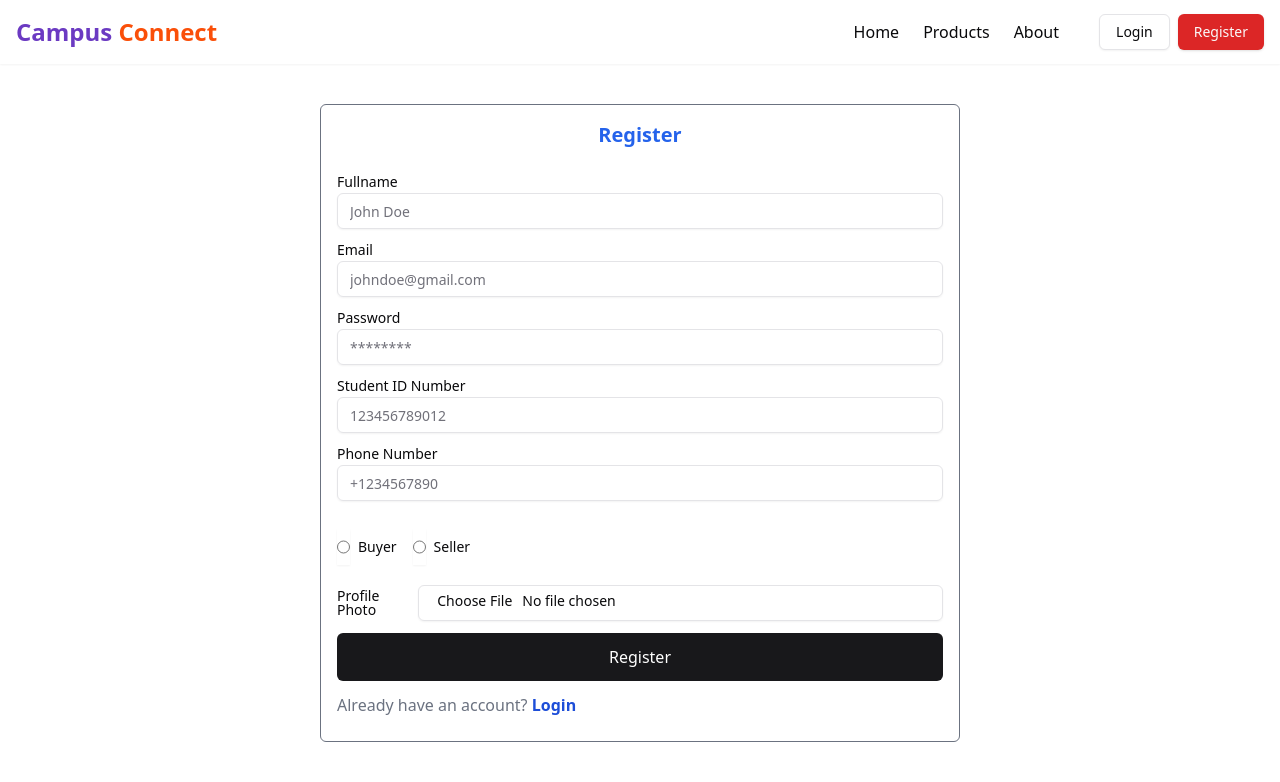
Repository: DashaaFX/Campus-Connect-CSC482
Page: /register (app in frontend-recovery/)
These files come from the project's save history. The page is drawn as it stood at one moment and after the next save; the edit follows.
The browser window is 1280 px wide. The pictures show the whole page.
The project was rebuilt for these pictures with package versions that can differ from the ones it lists, and the page was loaded fresh each time. Also part of the build but not shown: frontend-recovery/vite.config.js, frontend-recovery/src/components/ui/popover.jsx, frontend-recovery/src/components/ui/avatar.jsx, frontend-recovery/src/components/authentication/Login.jsx, frontend-recovery/src/components/components_lite/Header.jsx, frontend-recovery/src/components/components_lite/Footer.jsx, frontend-recovery/src/components/components_lite/LatestProducts.jsx, frontend-recovery/src/components/components_lite/Home.jsx and 17 more.

Above is the page before, as saved 2025-04-30 17:28:04.

### frontend-recovery/index.html
<!doctype html>
<html lang="en">
  <head>
    <meta charset="UTF-8" />
    <link rel="icon" href="/sunfire sensei logo.png" />
    <meta name="viewport" content="width=device-width, initial-scale=1.0" />
    <title>Campus Connect</title>
  </head>
  <body>
    <div id="root"></div>
    <script type="module" src="/src/main.jsx"></script>
  </body>
</html>

### frontend-recovery/src/main.jsx
import { StrictMode } from "react";
import { createRoot } from "react-dom/client";
import "./index.css";
import App from "./App.jsx";
import { Toaster } from "./components/ui/sonner";
import { Provider } from "react-redux";
import { persistStore } from "redux-persist";

import store from "./redux/store";
import { PersistGate } from "redux-persist/integration/react";

const persistor = persistStore(store);

createRoot(document.getElementById("root")).render(
  <StrictMode>
    <Provider store={store}>
      <PersistGate loading={null} persistor={persistor}>
        <App />
        <Toaster />
      </PersistGate>
    </Provider>
  </StrictMode>
);

### frontend-recovery/src/index.css
@tailwind base;
@tailwind components;
@tailwind utilities;

/* ... */

@layer base {
  :root {

    --background: 0 0% 100%;

    --foreground: 240 10% 3.9%;

    --card: 0 0% 100%;

    --card-foreground: 240 10% 3.9%;

    --popover: 0 0% 100%;

    --popover-foreground: 240 10% 3.9%;

    --primary: 240 5.9% 10%;

    --primary-foreground: 0 0% 98%;

    --secondary: 240 4.8% 95.9%;

    --secondary-foreground: 240 5.9% 10%;

    --muted: 240 4.8% 95.9%;

    --muted-foreground: 240 3.8% 46.1%;

    --accent: 240 4.8% 95.9%;

    --accent-foreground: 240 5.9% 10%;

    --destructive: 0 84.2% 60.2%;

    --destructive-foreground: 0 0% 98%;

    --border: 240 5.9% 90%;

    --input: 240 5.9% 90%;

    --ring: 240 10% 3.9%;

    --chart-1: 12 76% 61%;

    --chart-2: 173 58% 39%;

    --chart-3: 197 37% 24%;

    --chart-4: 43 74% 66%;

    --chart-5: 27 87% 67%;

    --radius: 0.5rem
  }
  .dark {

    --background: 240 10% 3.9%;

    --foreground: 0 0% 98%;

    --card: 240 10% 3.9%;

    --card-foreground: 0 0% 98%;

    --popover: 240 10% 3.9%;

    --popover-foreground: 0 0% 98%;

    --primary: 0 0% 98%;

    --primary-foreground: 240 5.9% 10%;

    --secondary: 240 3.7% 15.9%;

    --secondary-foreground: 0 0% 98%;

    --muted: 240 3.7% 15.9%;

    --muted-foreground: 240 5% 64.9%;

    --accent: 240 3.7% 15.9%;

    --accent-foreground: 0 0% 98%;

    --destructive: 0 62.8% 30.6%;

    --destructive-foreground: 0 0% 98%;

    --border: 240 3.7% 15.9%;

    --input: 240 3.7% 15.9%;

    --ring: 240 4.9% 83.9%;

    --chart-1: 220 70% 50%;

    --chart-2: 160 60% 45%;

    --chart-3: 30 80% 55%;

    --chart-4: 280 65% 60%;

    --chart-5: 340 75% 55%
  }
}

@layer base {
  * {
    @apply border-border;
  }
  body {
    @apply bg-background text-foreground;
  }
}

@keyframes collapsible-down {
  from {
    height: 0;
    opacity: 0;
  }
  to {
    height: var(--radix-collapsible-content-height);
    opacity: 1;
  }
}

@keyframes collapsible-up {
  from {
    height: var(--radix-collapsible-content-height);
    opacity: 1;
  }
  to {
    height: 0;
    opacity: 0;
  }
}

### frontend-recovery/src/App.jsx
import React from "react";
import Navbar from "./components/components_lite/Navbar";
import Login from "./components/authentication/Login";
import Register from "./components/authentication/Register";
import { createBrowserRouter, RouterProvider } from "react-router-dom";
import Home from "./components/components_lite/Home";
import PrivacyPolicy from "./components/components_lite/PrivacyPolicy.jsx";
import TermsofService from "./components/components_lite/TermsofService.jsx";
import Profile from "./components/components_lite/Profile.jsx";
import ProtectedRoute from "./components/admincomponent/ProtectedRoute";
import Creator from "./components/creator/Creator.jsx";
import PostProduct from "./components/admincomponent/PostProduct";
import EditProductForm from "./components/admincomponent/EditProductForm";
import AdminProducts from "./pages/AdminProducts"; // Import the new component
import Products from './components/components_lite/Products';

const appRouter = createBrowserRouter([
  { path: "/", element: <Home /> },
  { path: '/products/:id', element: <Products /> },
  {
    path: "/login",
    element: <Login />,
  },
  {
    path: "/register",
    element: <Register />,
  },
  {
    path: "/profile",
    element: <Profile />,
  },
  {
    path: "/privacy-policy",
    element: <PrivacyPolicy />,
  },
  {
    path: "/terms-of-service",
    element: <TermsofService />,
  },
  {
    path: "/home",
    element: <Home />,
  },
  {
    path: "/creator",
    element: <Creator />
  },
  {
    path: "/admin",
    children: [
      {
        path: "products",
        element: (

            <AdminProducts />

        ),
      },
      {
        path: "products/create",
        element: (

            <PostProduct />

        ),
      },
      {
        path: "products/:id",
        element: (

            <EditProductForm />

        ),
      },
    ],
  },
]);

function App() {
  return (
    <div>

      <RouterProvider router={appRouter} />
    </div>
  );
}

export default App;

### frontend-recovery/src/components/ui/sonner.jsx
import { useTheme } from "next-themes"
import { Toaster as Sonner } from "sonner"

const Toaster = ({
  ...props
}) => {
  const { theme = "system" } = useTheme()

  return (
    (<Sonner
      theme={theme}
      className="toaster group"
      toastOptions={{
        classNames: {
          toast:
            "group toast group-[.toaster]:bg-background group-[.toaster]:text-foreground group-[.toaster]:border-border group-[.toaster]:shadow-lg",
          description: "group-[.toast]:text-muted-foreground",
          actionButton:
            "group-[.toast]:bg-primary group-[.toast]:text-primary-foreground",
          cancelButton:
            "group-[.toast]:bg-muted group-[.toast]:text-muted-foreground",
        },
      }}
      {...props} />)
  );
}

export { Toaster }

### frontend-recovery/src/redux/store.js
import { combineReducers, configureStore } from "@reduxjs/toolkit";
import authReducer from "./authSlice";
import productReducer from "./productSlice";
import {
  persistReducer,
  FLUSH,
  REHYDRATE,
  PAUSE,
  PERSIST,
  PURGE,
  REGISTER,
} from "redux-persist";
import storage from "redux-persist/lib/storage";
import cartReducer from "./cartSlice";

// Only persist auth state
const authPersistConfig = {
  key: 'auth',
  storage,
  whitelist: ['user', 'token']
};

const rootReducer = combineReducers({
  auth: persistReducer(authPersistConfig, authReducer),
  products: productReducer, // Not persisted
  cart: cartReducer, // ← Add this
});

const store = configureStore({
  reducer: rootReducer,
  middleware: (getDefaultMiddleware) =>
    getDefaultMiddleware({
      serializableCheck: {
        ignoredActions: [FLUSH, REHYDRATE, PAUSE, PERSIST, PURGE, REGISTER],
        ignoredPaths: ['products.product', 'products.products'],
      },
    }),
  devTools: process.env.NODE_ENV !== 'production',
});

export default store;

### frontend-recovery/src/components/components_lite/Navbar.jsx
  import React from "react";
  import { Link, useNavigate } from "react-router-dom";
  import { Popover, PopoverContent, PopoverTrigger } from "../ui/popover";
  import { Avatar, AvatarImage } from "../ui/avatar";
  import { Button } from "../ui/button";
  import { LogOut, User2 } from "lucide-react";
  import { useDispatch, useSelector } from "react-redux";
  import { toast } from "sonner";
  import axios from "axios";
  import { setUser } from "@/redux/authSlice";
  import { USER_API_ENDPOINT } from "@/utils/data";

  const Navbar = () => {
    const { user } = useSelector((store) => store.auth);
    const dispatch = useDispatch();
    const navigate = useNavigate();

    const logoutHandler = async () => {
      try {
        const res = await axios.post(`${USER_API_ENDPOINT}/logout`, {
          withCredentials: true,
        });
        if (res && res.data && res.data.success) {
          dispatch(setUser(null));
          navigate("/");
          toast.success(res.data.message);
        } else {
          console.error("Error logging out:", res.data);
        }
      } catch (error) {
        console.error("Axios error:", error);
        if (error.response) {
          console.error("Error response:", error.response.data);
        }
        toast.error("Error logging out. Please try again.");
      }
    };

    return (
      <div className="bg-white sticky top-0 z-50 shadow-sm">
        <div className="flex items-center justify-between mx-auto max-w-7xl h-16 px-4">
          <div>
            <Link to="/" className="cursor-pointer">
            <h1 className="text-2xl font-bold">
              <span className="text-[#6B3AC2]">Campus</span>{" "}
              <span className="text-[#FA4F09]">Connect</span>
            </h1>
            </Link>
          </div>
          <div className="flex items-center gap-10">
            <ul className="flex font-medium items-center gap-6">
              <li>
                <Link to={"/Home"}>Home</Link>
              </li>
              <li>
                <Link to={"/admin/products"}>Products</Link>
              </li>
              <li>
                <Link to={"/Creator"}>About</Link>
              </li>
            </ul>
            {!user ? (
              <div className="flex items-center gap-2">
                <Link to={"/login"}>
                  <Button variant="outline">Login</Button>
                </Link>
                <Link to={"/register"}>
                  <Button className="bg-red-600 hover:bg-red-700">
                    Register
                  </Button>
                </Link>
              </div>
            ) : (
              <Popover>
                <PopoverTrigger asChild>
                  <Avatar className="cursor-pointer">
                    <AvatarImage
                      src={user?.profile?.profilePhoto}
                      alt="@shadcn"
                    />
                  </Avatar>
                </PopoverTrigger>
                <PopoverContent className="w-80">
                  <div className="flex items-center gap-4 space-y-2">
                    <Avatar className="cursor-pointer">
                      <AvatarImage
                        src={user?.profile?.profilePhoto}
                        alt="@shadcn"
                      />
                    </Avatar>
                    <div>
                      <h3 className="font-medium">{user?.fullname}</h3>
                      <p className="text-sm text-muted-foreground">
                        {user?.profile?.bio}
                      </p>
                    </div>
                  </div>

                  <div className="flex flex-col my-2 text-gray-600">
                    <div className="flex w-fit items-center gap-2 cursor-pointer">
                      <User2></User2>
                      <Button variant="link">
                        <Link to={"/Profile"}>Profile</Link>
                      </Button>
                    </div>

                    <div className="flex w-fit items-center gap-2 cursor-pointer">
                      <LogOut></LogOut>
                      <Button onClick={logoutHandler} variant="link">
                        Logout
                      </Button>
                    </div>
                  </div>
                </PopoverContent>
              </Popover>
            )}
          </div>
        </div>
      </div>
    );
  };

  export default Navbar;

### frontend-recovery/src/components/authentication/Register.jsx
import React, { useEffect, useState } from "react";
import Navbar from "../components_lite/Navbar";
import { Label } from "../ui/label";
import { Input } from "../ui/input";
import { RadioGroup } from "../ui/radio-group";
import { Link, useNavigate } from "react-router-dom";
import axios from "axios";
import { USER_API_ENDPOINT } from "@/utils/data";
import { toast } from "sonner";
import { useDispatch, useSelector } from "react-redux";
import { setLoading } from "@/redux/authSlice";

const Register = () => {
  const [input, setInput] = useState({
    fullname: "",
    email: "",
    password: "",
    role: "",
    phoneNumber: "",
    idnum: "",
    file: "",
  });

  const navigate = useNavigate();

  const dispatch = useDispatch();

  const { loading } = useSelector((store) => store.auth);
  const changeEventHandler = (e) => {
    setInput({ ...input, [e.target.name]: e.target.value });
  };
  const ChangeFilehandler = (e) => {
    setInput({ ...input, file: e.target.files?.[0] });
  };

  const submitHandler = async (e) => {
    e.preventDefault();
    const formData = new FormData();
    formData.append("fullname", input.fullname);
    formData.append("email", input.email);
    formData.append("password", input.password);
    formData.append("idnum", input.idnum);
    formData.append("role", input.role);
    formData.append("phoneNumber", input.phoneNumber);
    if (input.file) {
      formData.append("file", input.file);
    }
    try {
      dispatch(setLoading(true));
      const res = await axios.post(`${USER_API_ENDPOINT}/register`, formData, {
        headers: { "Content-Type": "multipart/form-data" },
        withCredentials: true,
      });
      if (res.data.success) {
        navigate("/login");
        toast.success(res.data.message);
      }
    } catch (error) {
      console.log(error);
      const errorMessage = error.response
        ? error.response.data.message
        : "An unexpected error occurred.";
      toast.error(errorMessage);
    } finally {
      dispatch(setLoading(false));
    }
  };

  const { user } = useSelector((store) => store.auth);
  useEffect(() => {
    if (user) {
      navigate("/");
    }
  }, []);
  return (
    <div>
      <Navbar></Navbar>
      <div className="flex items-center justify-center max-w-7xl mx-auto">
        <form
          onSubmit={submitHandler}
          className="w-1/2 border border-gray-500 rounded-md p-4 my-10"
        >
          <h1 className="font-bold text-xl mb-5 text-center text-blue-600">
            Register
          </h1>
          <div className="my-2">
            <Label>Fullname</Label>
            <Input
              type="text"
              value={input.fullname}
              name="fullname"
              onChange={changeEventHandler}
              placeholder="John Doe"
            ></Input>
          </div>
          <div className="my-2">
            <Label>Email</Label>
            <Input
              type="email"
              value={input.email}
              name="email"
              onChange={changeEventHandler}
              placeholder="johndoe@gmail.com"
            ></Input>
          </div>
          <div className="my-2">
            <Label>Password</Label>
            <Input
              type="password"
              value={input.password}
              name="password"
              onChange={changeEventHandler}
              placeholder="********"
            ></Input>
          </div>

          <div>
            <Label>Student ID Number</Label>
            <Input
              type="text"
              value={input.idnum}
              name="idnum"
              onChange={changeEventHandler}
              placeholder="123456789012"
            ></Input>
          </div>
          <div className="my-2">
            <Label>Phone Number</Label>
            <Input
              type="tel"
              value={input.phoneNumber}
              name="phoneNumber"
              onChange={changeEventHandler}
              placeholder="+1234567890"
            ></Input>
          </div>
          <div className="flex items-center justify-between">
            <RadioGroup className="flex items-center gap-4 my-5 ">
              <div className="flex items-center space-x-2">
                <Input
                  type="radio"
                  name="role"
                  value="Buyer"
                  checked={input.role === "Buyer"}
                  onChange={changeEventHandler}
                  className="cursor-pointer"
                />
                <Label htmlFor="r1">Buyer</Label>
              </div>
              <div className="flex items-center space-x-2">
                <Input
                  type="radio"
                  name="role"
                  value="Seller"
                  checked={input.role === "Seller"}
                  onChange={changeEventHandler}
                  className="cursor-pointer"
                />
                <Label htmlFor="r2">Seller</Label>
              </div>
            </RadioGroup>
          </div>
          <div className="flex items-center gap-2">
            <Label>Profile Photo</Label>
            <Input
              type="file"
              accept="image/*"
              onChange={ChangeFilehandler}
              className="cursor-pointer"
            />
          </div>
          {loading ? (
            <div className="flex items-center justify-center my-10">
              <div className="spinner-border text-blue-600" role="status">
                <span className="sr-only">Loading...</span>
              </div>
            </div>
          ) : (
            <button
              type="submit"
              className="block w-full py-3 my-3 text-white bg-primary hover:bg-primary/90 rounded-md"
            >
              Register
            </button>
          )}

          <p className="text-gray-500 text-md my-2">
            Already have an account?{" "}
            <Link to="/login" className="text-blue-700 font-semibold">
              Login
            </Link>
          </p>
        </form>
      </div>
    </div>
  );
};

export default Register;

### frontend-recovery/src/components/ui/button.jsx
import * as React from "react"
import { Slot } from "@radix-ui/react-slot"
import { cva } from "class-variance-authority";

import { cn } from "@/lib/utils"

const buttonVariants = cva(
  "inline-flex items-center justify-center gap-2 whitespace-nowrap rounded-md text-sm font-medium transition-colors focus-visible:outline-none focus-visible:ring-1 focus-visible:ring-ring disabled:pointer-events-none disabled:opacity-50 [&_svg]:pointer-events-none [&_svg]:size-4 [&_svg]:shrink-0",
  {
    variants: {
      variant: {
        default:
          "bg-primary text-primary-foreground shadow hover:bg-primary/90",
        destructive:
          "bg-destructive text-destructive-foreground shadow-sm hover:bg-destructive/90",
        outline:
          "border border-input bg-background shadow-sm hover:bg-accent hover:text-accent-foreground",
        secondary:
          "bg-secondary text-secondary-foreground shadow-sm hover:bg-secondary/80",
        ghost: "hover:bg-accent hover:text-accent-foreground",
        link: "text-primary underline-offset-4 hover:underline",
      },
      size: {
        default: "h-9 px-4 py-2",
        sm: "h-8 rounded-md px-3 text-xs",
        lg: "h-10 rounded-md px-8",
        icon: "h-9 w-9",
      },
    },
    defaultVariants: {
      variant: "default",
      size: "default",
    },
  }
)

const Button = React.forwardRef(({ className, variant, size, asChild = false, ...props }, ref) => {
  const Comp = asChild ? Slot : "button"
  return (
    (<Comp
      className={cn(buttonVariants({ variant, size, className }))}
      ref={ref}
      {...props} />)
  );
})
Button.displayName = "Button"

export { Button, buttonVariants }

### frontend-recovery/src/utils/data.js
export const USER_API_ENDPOINT = "http://localhost:5011/api/user";
export const JOB_API_ENDPOINT = "http://localhost:5011/api/job";
export const APPLICATION_API_ENDPOINT = "http://localhost:5011/api/application";
export const COMPANY_API_ENDPOINT = "http://localhost:5011/api/company";
export const PRODUCT_API_ENDPOINT = "http://localhost:5011/api/products";
export const CATEGORY_API_ENDPOINT = "http://localhost:5011/api/categories";
export const CART_API_ENDPOINT = "http://localhost:5011/api/cart";
export const ORDER_API_ENDPOINT = "http://localhost:5011/api/orders";

### frontend-recovery/src/components/ui/radio-group.jsx
import * as React from "react"
import * as RadioGroupPrimitive from "@radix-ui/react-radio-group"
import { Circle } from "lucide-react"

import { cn } from "@/lib/utils"

const RadioGroup = React.forwardRef(({ className, ...props }, ref) => {
  return (<RadioGroupPrimitive.Root className={cn("grid gap-2", className)} {...props} ref={ref} />);
})
RadioGroup.displayName = RadioGroupPrimitive.Root.displayName

const RadioGroupItem = React.forwardRef(({ className, ...props }, ref) => {
  return (
    (<RadioGroupPrimitive.Item
      ref={ref}
      className={cn(
        "aspect-square h-4 w-4 rounded-full border border-primary text-primary shadow focus:outline-none focus-visible:ring-1 focus-visible:ring-ring disabled:cursor-not-allowed disabled:opacity-50",
        className
      )}
      {...props}>
      <RadioGroupPrimitive.Indicator className="flex items-center justify-center">
        <Circle className="h-3.5 w-3.5 fill-primary" />
      </RadioGroupPrimitive.Indicator>
    </RadioGroupPrimitive.Item>)
  );
})
RadioGroupItem.displayName = RadioGroupPrimitive.Item.displayName

export { RadioGroup, RadioGroupItem }

Loaded but not shown: frontend-recovery/src/components/ui/label.jsx (common file); frontend-recovery/src/components/ui/input.jsx (common file); frontend-recovery/src/lib/utils.js (common file); frontend-recovery/tailwind.config.js (common file); frontend-recovery/src/redux/productSlice.js (180 lines, source omitted); frontend-recovery/src/redux/authSlice.js (133 lines, source omitted); frontend-recovery/src/redux/cartSlice.js (74 lines, source omitted)

After the next save:
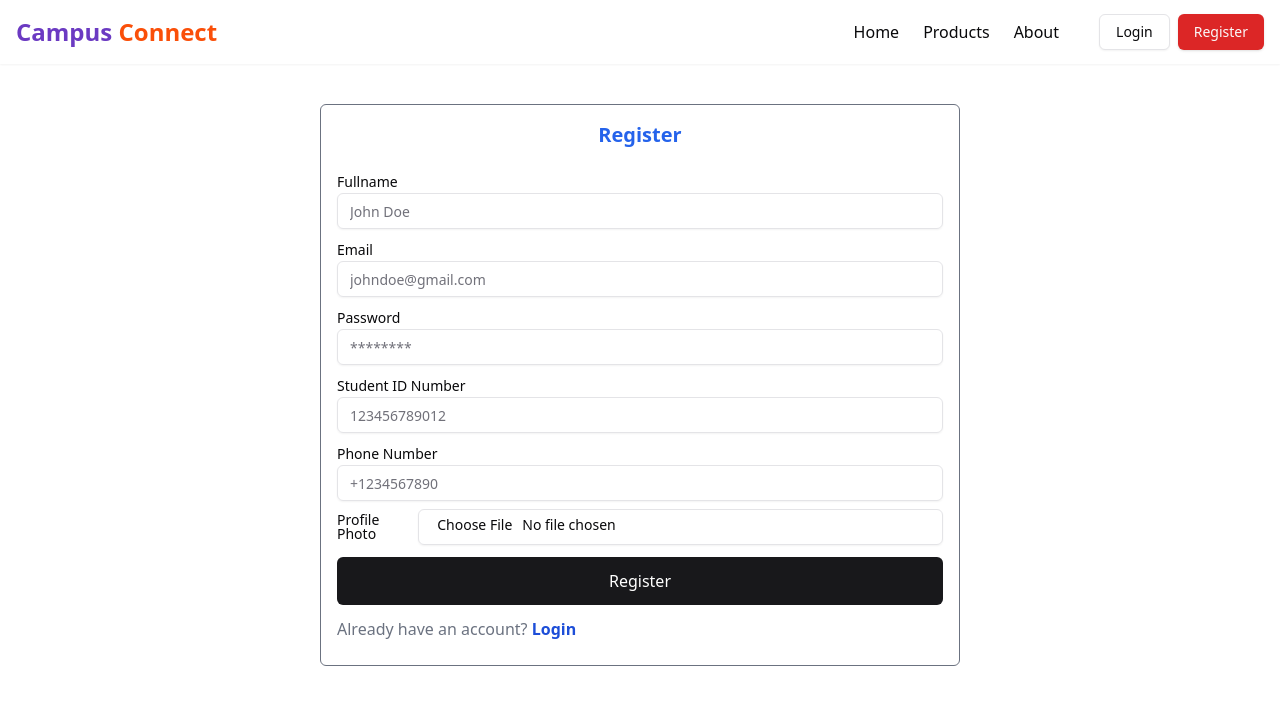
Saved 48 s later.
--- a/frontend-recovery/src/components/authentication/Register.jsx
+++ b/frontend-recovery/src/components/authentication/Register.jsx
@@ -134,32 +134,7 @@ const Register = () => {
               placeholder="+1234567890"
             ></Input>
           </div>
-          <div className="flex items-center justify-between">
-            <RadioGroup className="flex items-center gap-4 my-5 ">
-              <div className="flex items-center space-x-2">
-                <Input
-                  type="radio"
-                  name="role"
-                  value="Buyer"
-                  checked={input.role === "Buyer"}
-                  onChange={changeEventHandler}
-                  className="cursor-pointer"
-                />
-                <Label htmlFor="r1">Buyer</Label>
-              </div>
-              <div className="flex items-center space-x-2">
-                <Input
-                  type="radio"
-                  name="role"
-                  value="Seller"
-                  checked={input.role === "Seller"}
-                  onChange={changeEventHandler}
-                  className="cursor-pointer"
-                />
-                <Label htmlFor="r2">Seller</Label>
-              </div>
-            </RadioGroup>
-          </div>
+
           <div className="flex items-center gap-2">
             <Label>Profile Photo</Label>
             <Input
